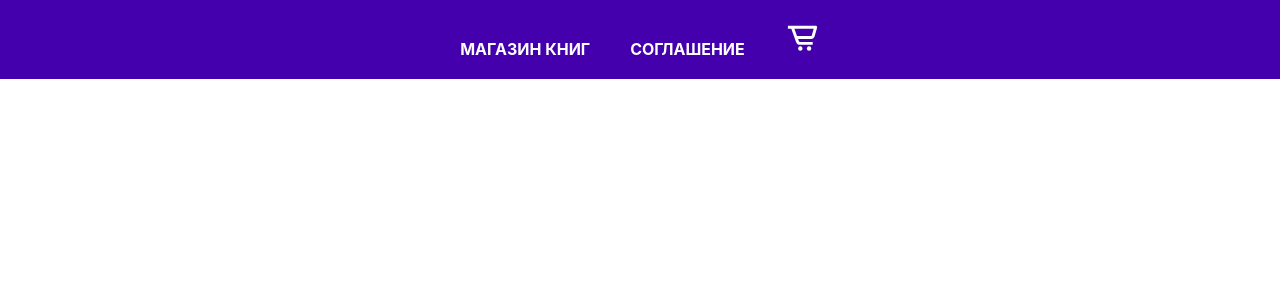
Repository: Minkeani/BookStore
Page: /support
An editor plug-in stored every save of this project. The page is shown before and after the next save, followed by the edit.
The browser window is 1280 px wide. The pictures show the whole page.
The project was rebuilt for these pictures with package versions that can differ from the ones it lists, and the page was loaded fresh each time. Also part of the build but not shown: src/components/BookBasket/BookBasket.css, src/components/BookBasket/BookBasket.jsx, src/components/HomePage/HomePage.css, src/components/CartBlock/BookBlock.css.

Above is the page before, as saved 2022-09-18 11:54:11.

### src/index.js
import React from "react";
import ReactDOM from "react-dom/client";
import "./index.css";
import { BrowserRouter } from "react-router-dom";
import App from "./App";

const root = ReactDOM.createRoot(document.getElementById("root"));
root.render(
  <BrowserRouter>
    <App />
  </BrowserRouter>
);

### src/App.js
import './App.css';
import Header from './components/Header/Header';

function App() {
  return (
    <div className="App">
      <Header/>
    </div>
  );
}

export default App;

### src/components/Header/Header.jsx
import React, { useState } from "react";
import RouteList from "../../routes/RouteList";
import { Link } from "react-router-dom";
import cn from "classnames";
import styles from "./Header.module.scss";
import BookBlock from "../CartBlock/BookBlock";

const Header = () => {
  const [active, setActive] = useState(false);

  return (
    <>
      <header>
        <ul
          className={cn(
            styles.topnav,
            active === true ? styles.responsive : ""
          )}
        >
          <li>
            <Link to="/">Магазин книг</Link>
          </li>
          <li>
            <Link to="/">Соглашение</Link>
          </li>
          <li>
            <Link to="/bookBasket">
              <BookBlock />
            </Link>
          </li>
          <li className={styles.icon}>
            <a href="#" onClick={() => setActive(!active)}>
              ☰
            </a>
          </li>
        </ul>
      </header>
      <RouteList />
    </>
  );
};

export default Header;

### src/routes/RouteList.jsx
import React from "react";
import { routes } from "./routes";
import { Routes, Route, Navigate } from "react-router-dom";

const RouteList = () => {
  return (
    <Routes>
      {routes.map((route) => (
        <Route key={route.path} path={route.path} element={<route.element />} />
      ))}
      <Route path="*" element={<Navigate to="/" replace />} />
    </Routes>
  );
};

export default RouteList;

### src/components/Header/Header.module.scss
header {
    position: fixed;
  width: 100%;
  height: 20vh;
  z-index: 3;
  }
.topnav {
    background: #4400ad;
    border-bottom: 0.5px solid white;
    list-style-type: none;
    margin: 0;
    overflow: hidden;
    position: relative;
    transition: all ease 0.5s;
    padding: 0;
  }

  .logo {
    font-size: 2rem;
  }

  .favourite {
    position: relative;
    display: flex;
    align-items: center;
    justify-content: center;
  }


  .favourite span{
    font-size: 40px;
  }

  .favourite span div{
    position: absolute;
    background-color: orange;
    border-radius: 10px;
    padding: 3px;
    font-size: 24px;
    top: -20px;
    right: -10px;
  }

  .active {
    text-decoration: underline;
  }

  .topnav li {
    display: inline-block;
    margin: 0;
  }

  .topnav li a {
    text-decoration: none;
    color: #fff;
    display: block;
    padding: 20px;
    text-transform: uppercase;
    font-weight: bold;
    transition: all ease 0.3s;
  }

  .topnav li a:hover {
    color: rgb(214, 214, 214);
}

  .topnav .icon {
    position: absolute;
    top: 0;
    right: 0;
    display: none;
  }

  .responsive {
     transition: all ease 0.5s;
  }

  @media screen and (max-width: 640px) {
    .topnav li:not(:first-child) {
      display: none;
    }
    ul.topnav li.icon {
      display: block;
    }
  }

  @media screen and (max-width: 640px) {
    ul.topnav.responsive {
      position: relative;
    }
    ul.topnav.responsive li.icon {
      position: absolute;
      right: 0;
      top: 0;
    }
    ul.topnav.responsive li,
    ul.topnav.responsive li a {
      display: block;
      text-align: left;
    }
  }

### src/components/CartBlock/BookBlock.jsx
import React from "react";
import { BiCartAlt } from "react-icons/bi";
import "./BookBlock.css";

const BookBlock = () => {
  return (
    <div className="BookBlock">
      <BiCartAlt
        size={35}
        className="cart-icon"
        // onClick={() => setCartMenuVisible(!isCartMenuVisible)}
      />
    </div>
  );
};

export default BookBlock;

### src/routes/routes.js
import BookBasket from "../components/BookBasket/BookBasket";
import HomePage from "../components/HomePage/HomePage";

export const routes = [
  {
    path: "/",
    element: HomePage,
  },
  {
    path: "/bookBasket",
    element: BookBasket,
  },
];

### src/components/HomePage/HomePage.jsx
import React from 'react';
import './HomePage.css'

const HomePage = () => {
    return (
        <div>

        </div>
    );
}

export default HomePage;

Loaded but not shown: public/index.html (common file); src/index.css (common file); src/App.css (common file)

After the next save:
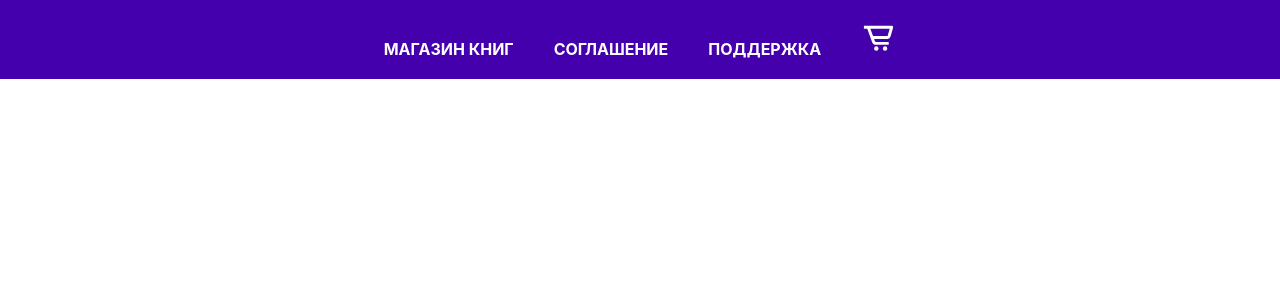
Saved 28 s later.
--- a/src/components/Header/Header.jsx
+++ b/src/components/Header/Header.jsx
@@ -24,6 +24,9 @@
             <Link to="/">Соглашение</Link>
           </li>
           <li>
+            <Link to="/">Поддержка</Link>
+          </li>
+          <li>
             <Link to="/bookBasket">
               <BookBlock />
             </Link>
